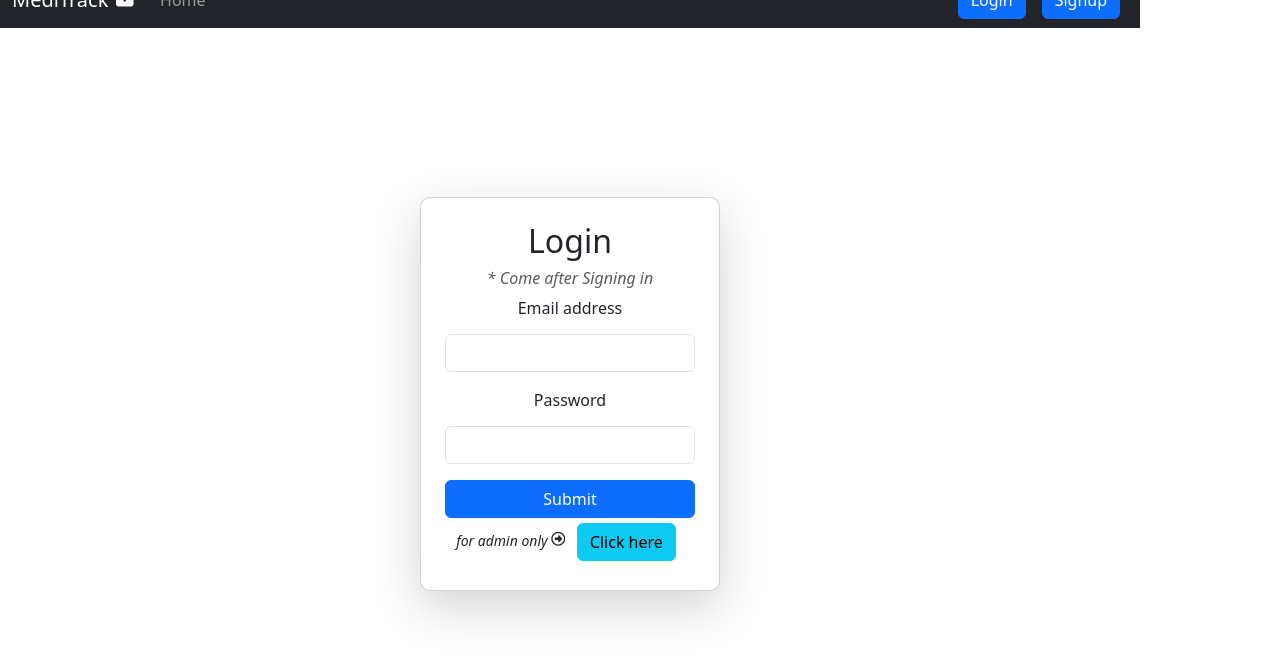
Repository: rahul-chakradhari/PillWise
Page: /login (app in frontend/)
An editor plug-in stored every save of this project. The page is shown before and after a run of saves, followed by the edit.
The browser window is 1280 px wide. The pictures show the whole page.
The project was rebuilt for these pictures with package versions that can differ from the ones it lists, and the page was loaded fresh each time. Also part of the build but not shown: frontend/vite.config.js, frontend/src/components/Home.jsx, frontend/src/components/History.jsx, frontend/src/components/Remainder.jsx, frontend/src/components/Doctors.jsx, frontend/src/components/Healthy.jsx, frontend/src/components/Prescription.jsx, frontend/src/components/Signup.jsx and 1 more.

Above is the page before, as saved 2025-03-10 16:06:23.

### frontend/index.html
<!DOCTYPE html>
<html lang="en">
  <head>
    <meta charset="UTF-8" />
    <link rel="icon" type="image/svg+xml" href="/icon.webp" />
    <meta name="viewport" content="width=device-width, initial-scale=1.0" />
    <link
      href="https://cdn.jsdelivr.net/npm/bootstrap@5.3.3/dist/css/bootstrap.min.css"
      rel="stylesheet"
      integrity="sha384-QWTKZyjpPEjISv5WaRU9OFeRpok6YctnYmDr5pNlyT2bRjXh0JMhjY6hW+ALEwIH"
      crossorigin="anonymous"
    />
    <link
      rel="stylesheet"
      href="https://cdnjs.cloudflare.com/ajax/libs/font-awesome/6.5.1/css/all.min.css"
    />

    <title>MediTrack-Smart-Medicine-Reminder-Tracker</title>
  </head>
  <body>
    <div id="root"></div>
    <script type="module" src="/src/main.jsx"></script>
    <script
      src="https://cdn.jsdelivr.net/npm/bootstrap@5.3.3/dist/js/bootstrap.bundle.min.js"
      integrity="sha384-YvpcrYf0tY3lHB60NNkmXc5s9fDVZLESaAA55NDzOxhy9GkcIdslK1eN7N6jIeHz"
      crossorigin="anonymous"
    ></script>
  </body>
</html>

### frontend/src/App.jsx
import React from "react";
import { Routes, Route, Navigate } from "react-router-dom";
import Navbar from "./components/Navbar";
import Home from "./components/Home";
import History from "./components/History";
import Remainder from "./components/Remainder";
import Doctors from "./components/Doctors";
import Healthy from "./components/Healthy";
import Prescription from "./components/Prescription";
import Login from "./components/Login";
import Signup from "./components/Signup";
import { ToastContainer } from "react-toastify";
import Admin from "./components/Admin";

const PrivateRoute = ({ children }) => {
  return localStorage.getItem("auth-token") ? (
    children
  ) : (
    <Navigate to="/login" />
  );
};

function App() {
  return (
    <div className="app">
      <Navbar />
      <Routes>
        <Route path="/" element={<Home />} />
        <Route path="/login" element={<Login />} />
        <Route path="/signup" element={<Signup />} />
        <Route path="/admin" element={<Admin />} />

        {/* Protected Routes */}
        <Route
          path="/history"
          element={
            <PrivateRoute>
              <History />
            </PrivateRoute>
          }
        />
        <Route
          path="/remainder"
          element={
            <PrivateRoute>
              <Remainder />
            </PrivateRoute>
          }
        />
        <Route
          path="/doctors"
          element={
            <PrivateRoute>
              <Doctors />
            </PrivateRoute>
          }
        />
        <Route
          path="/healthy"
          element={
            <PrivateRoute>
              <Healthy />
            </PrivateRoute>
          }
        />
        <Route
          path="/prescription"
          element={
            <PrivateRoute>
              <Prescription />
            </PrivateRoute>
          }
        />
      </Routes>
      <ToastContainer />
    </div>
  );
}

export default App;

### frontend/src/components/Navbar.jsx
import React, { useEffect, useState } from "react";
import { Link, useNavigate } from "react-router-dom";

const Navbar = () => {
  const navigate = useNavigate();
  const [isLoggedIn, setIsLoggedIn] = useState(
    !!localStorage.getItem("auth-token")
  );

  // Jab bhi auth-token change ho, UI update ho
  useEffect(() => {
    const handleStorageChange = () => {
      setIsLoggedIn(!!localStorage.getItem("auth-token"));
    };

    window.addEventListener("storage", handleStorageChange);
    return () => window.removeEventListener("storage", handleStorageChange);
  }, []);

  // Logout Function
  const handleLogout = () => {
    localStorage.removeItem("auth-token");
    setIsLoggedIn(false);
    navigate("/login");
  };

  return (
    <nav className="navbar navbar-expand-lg navbar-dark bg-dark">
      <div className="container-fluid">
        <Link className="navbar-brand" to="/">
          MediTrack <i className="fa-solid fa-house-medical"></i>
        </Link>
        <button
          className="navbar-toggler"
          type="button"
          data-bs-toggle="collapse"
          data-bs-target="#navbarSupportedContent"
        >
          <span className="navbar-toggler-icon"></span>
        </button>
        <div className="collapse navbar-collapse" id="navbarSupportedContent">
          <ul className="navbar-nav me-auto mb-2 mb-lg-0">
            <li className="nav-item">
              <Link className="nav-link" to="/">
                Home
              </Link>
            </li>

            {/* Protected Routes */}
            {isLoggedIn && (
              <>
                <li className="nav-item">
                  <Link className="nav-link" to="/doctors">
                    Doctors
                  </Link>
                </li>
                <li className="nav-item">
                  <Link className="nav-link" to="/remainder">
                    Remainder
                  </Link>
                </li>
                <li className="nav-item">
                  <Link className="nav-link" to="/history">
                    History & Analytics
                  </Link>
                </li>
                <li className="nav-item">
                  <Link className="nav-link" to="/healthy">
                    Healthy Lifestyle
                  </Link>
                </li>
                <li className="nav-item">
                  <Link className="nav-link" to="/prescription">
                    Prescription
                  </Link>
                </li>
              </>
            )}
          </ul>

          {/* Login / Logout Buttons */}
          {!isLoggedIn ? (
            <>
              <Link className="btn btn-primary mx-2" to="/login">
                Login
              </Link>
              <Link className="btn btn-primary mx-2" to="/signup">
                Signup
              </Link>
            </>
          ) : (
            <button className="btn btn-danger mx-2" onClick={handleLogout}>
              Logout
            </button>
          )}
        </div>
      </div>
    </nav>
  );
};

export default Navbar;

### frontend/src/components/Login.jsx
import React, { useState } from "react";
import { toast } from "react-toastify";
import axiosInstance from "../utils/axiosInstant";
import { useNavigate } from "react-router-dom";
import { Link } from "react-router-dom";
const Login = () => {
  const [email, setEmail] = useState("");
  const [password, setPassword] = useState("");
  const navigate = useNavigate();

  const handleSubmit = async (e) => {
    e.preventDefault();
    try {
      const response = await axiosInstance.post("/api/user/login", {
        email,
        password,
      });
      if (response.data.success) {
        toast.success(response.data?.message);
        localStorage.setItem("auth-token", response.data.token); // Token Store
        window.dispatchEvent(new Event("storage")); // Navbar Update
        setTimeout(() => {
          navigate("/");
        }, 2000);
      }
    } catch (error) {
      toast.error(error.response?.data?.message || "Login failed");
    }
  };

  return (
    <div className="container d-flex justify-content-center align-items-center vh-100">
      <div className="card p-4 shadow-lg" style={{ width: "400px" }}>
        <form onSubmit={handleSubmit}>
          <h2 className="text-center">Login</h2>
          <h6 className="text-center text-muted">
            <i>* Come after Signing in</i>
            <br />
          </h6>
          <div className="mb-3">
            <label htmlFor="exampleInputEmail1" className="form-label">
              Email address
            </label>
            <input
              type="email"
              className="form-control"
              id="exampleInputEmail1"
              value={email}
              onChange={(e) => setEmail(e.target.value)}
              required
            />
          </div>
          <div className="mb-3">
            <label htmlFor="exampleInputPassword1" className="form-label">
              Password
            </label>
            <input
              type="password"
              className="form-control"
              id="exampleInputPassword1"
              value={password}
              onChange={(e) => setPassword(e.target.value)}
              required
            />
          </div>
          <button type="submit" className="btn btn-primary w-100">
            Submit
          </button>
        </form>
        <div className="admin">
          <i>
            for admin only <i className="fa-regular fa-circle-right"></i>{" "}
          </i>

          <Link className="btn btn-info mx-2" to="/admin">
            Click here
          </Link>
        </div>
      </div>
    </div>
  );
};

export default Login;

### frontend/src/components/styles.css
* {
  margin: 0;
  padding: 0;
  box-sizing: border-box;
  overflow-x: hidden; /* Horizontal scroll remove */
}

/* Jo bhi element overflow karega, uski scrollbar hide ho jayegi */
::-webkit-scrollbar {
  display: none; /* Chrome, Safari */
}
body,
html {
  width: 100%;
  height: 100%;
}
body {
  overflow-y: scroll; /* Scroll allow karega */
  scrollbar-width: none; /* Firefox ke liye */
  -ms-overflow-style: none; /* IE aur Edge ke liye */
}

body::-webkit-scrollbar {
  display: none; /* Chrome, Safari ke liye */
}

.container {
  display: flex;
  align-items: center;
  justify-content: space-between;
  padding: 20px;
  width: 100vw;
  height: 100vh;
  overflow-y: scroll;
  scrollbar-width: none; /* Firefox ke liye */
  -ms-overflow-style: none;
}
.container::-webkit-scrollbar {
  display: none;
}

/* CSS */
.button-64 {
  align-items: center;
  background-image: linear-gradient(144deg, #af40ff, #5b42f3 50%, #00ddeb);
  border: 0;
  border-radius: 8px;
  box-shadow: rgba(151, 65, 252, 0.2) 0 15px 30px -5px;
  box-sizing: border-box;
  color: #ffffff;
  display: flex;
  font-family: Phantomsans, sans-serif;
  font-size: 20px;
  justify-content: center;
  line-height: 1em;
  max-width: 100%;
  min-width: 140px;
  padding: 3px;
  text-decoration: none;
  user-select: none;
  -webkit-user-select: none;
  touch-action: manipulation;
  white-space: nowrap;
  cursor: pointer;
}

.button-64:active,
.button-64:hover {
  outline: 0;
}

.button-64 span {
  background-color: rgb(5, 6, 45);
  padding: 16px 24px;
  border-radius: 6px;
  width: 100%;
  height: 100%;
  transition: 300ms;
}

.button-64:hover span {
  background: none;
}

@media (min-width: 768px) {
  .button-64 {
    font-size: 24px;
    min-width: 196px;
  }
}

.button-92 {
  --c: #fff;

  background: linear-gradient(90deg, #0000 33%, #fff5, #0000 67%)
      var(--_p, 100%) / 300% no-repeat,
    #004dff;

  color: #0000;
  border: none;
  transform: perspective(500px) rotateY(calc(20deg * var(--_i, -1)));
  text-shadow: calc(var(--_i, -1) * 0.08em) -0.01em 0 var(--c),
    calc(var(--_i, -1) * -0.08em) 0.01em 2px #0004;
  outline-offset: 0.1em;
  transition: 0.3s;
}

.button-92:hover,
.button-92:focus-visible {
  --_p: 0%;
  --_i: 1;
}

.button-92:active {
  text-shadow: none;
  color: var(--c);
  box-shadow: inset 0 0 9e9Q #0005;
  transition: 0s;
}

.button-92 {
  max-width: 270px;
  min-width: 160px;
  font-weight: bold;
  font-size: -2rem;
  margin: 0;
  cursor: pointer;
  padding: 0.1em 0.3em;
}
.title {
  margin-left: 182px;
  font-family: "Poppins", sans-serif;
  font-weight: bold;
  margin-bottom: 75px;
}
.subtexts {
  font-family: Cambria, Cochin, Georgia, Times, "Times New Roman", serif;
}
.texts {
  font-size: 18px;
  gap: 12px;
  margin-top: 19px;
}
.image {
  flex: 1;
  display: flex;
  width: 399.99px;
  height: 640.01px;
  justify-content: flex-end;
  max-width: 50%;
  overflow: hidden;
  max-width: 100%; /* Image container ko responsive banane ke liye */
  max-height: 100vh;
}

.text {
  flex: 1; /* Text ka section */
  text-align: left; /* Ensure left alignment */
  font-size: 24px;
  font-weight: bold;
}

.animation-style {
  width: 700px; /* Adjust as needed */
  height: 700px; /* Maximum width of animation */
  flex: 1;
  margin-bottom: 122px;
}
/* Doctors Section */
.doctors-container {
  background-color: rgb(59 130 246);
  display: flex;
  justify-content: center;
  align-items: center;
  height: 100vh;
  padding: 20px;
}

.doctors-content {
  display: flex;
  flex-direction: row; /* Left-Right Layout */
  max-width: 1200px;
  width: 100%;
  background: white;
  border-radius: 20px;
  overflow: hidden;
  box-shadow: 0px 4px 10px rgba(0, 0, 0, 0.2);
}

.doctors-image {
  flex: 1;
  display: flex;
  justify-content: center;
  align-items: center;
  padding: 20px;
}

.doctors-text {
  display: flex;
  flex-direction: column;
  flex: 1;
  padding: 40px;
  text-align: left;
  margin-top: 190px;
  margin-left: 54px;
}

.doctors-text .title {
  font-size: 32px;
  font-weight: bold;
  color: #333;
  margin-bottom: 20px;
}

.doctors-text .texts {
  font-size: 18px;
  color: #555;
}

.doctors-text .subtexts {
  font-size: 16px;
  color: #666;
  margin-left: 10px;
}

/* Rewards Section - 3 Cards in 1 Row */
.rewards-container {
  text-align: center;
  padding: 40px;
}

.rewards-grid {
  display: grid;
  grid-template-columns: repeat(3, 1fr); /* 3 cards per row */
  gap: 20px;
  justify-content: center;
  padding: 20px;
}

.card {
  margin-top: 12px !important;
  width: 100%;
  max-width: 300px;
  background: white;
  border-radius: 10px;
  box-shadow: 0px 4px 10px rgba(0, 0, 0, 0.1);
  padding: 15px;
  text-align: center;
}

.card img {
  width: 100%;
  height: auto;
  border-radius: 10px;
}

.title {
  font-size: 32px;
  font-weight: bold;
  color: #333;
  margin-bottom: 20px;
  margin-left: 12px;
}

.texts {
  font-size: 18px;
  color: #555;
}

.subtexts {
  font-size: 16px;
  color: #666;
  margin-left: 10px;
}
.doctors-text .texts {
  font-size: 18px;
  color: #555; /* Text ka color */
}

.doctors-text .subtexts {
  font-size: 16px;
  color: #666; /* Subtext ka color */
  margin-left: 10px;
}
.speci {
  margin-top: 12px;
  margin-left: 582px;
}
.stylish {
  display: flex;
  margin-left: 112px;
  gap: 92px;
  margin-top: 12px;
}
.login,
.signup {
  margin-left: 22px;
  margin-top: 12px;
}
.admin {
  padding: 5px 10px;
  font-size: 14px;
}

### frontend/src/utils/axiosInstant.js
import axios from "axios";

const axiosInstance = axios.create({
  baseURL: "http://localhost:8080",
  headers: {
    "Content-Type": "application/json",
  },
  credentials: "include",
  withCredentials: true,
});

export default axiosInstance;

Loaded but not shown: frontend/src/main.jsx (common file); frontend/src/index.css (common file)

After the next 2 saves:
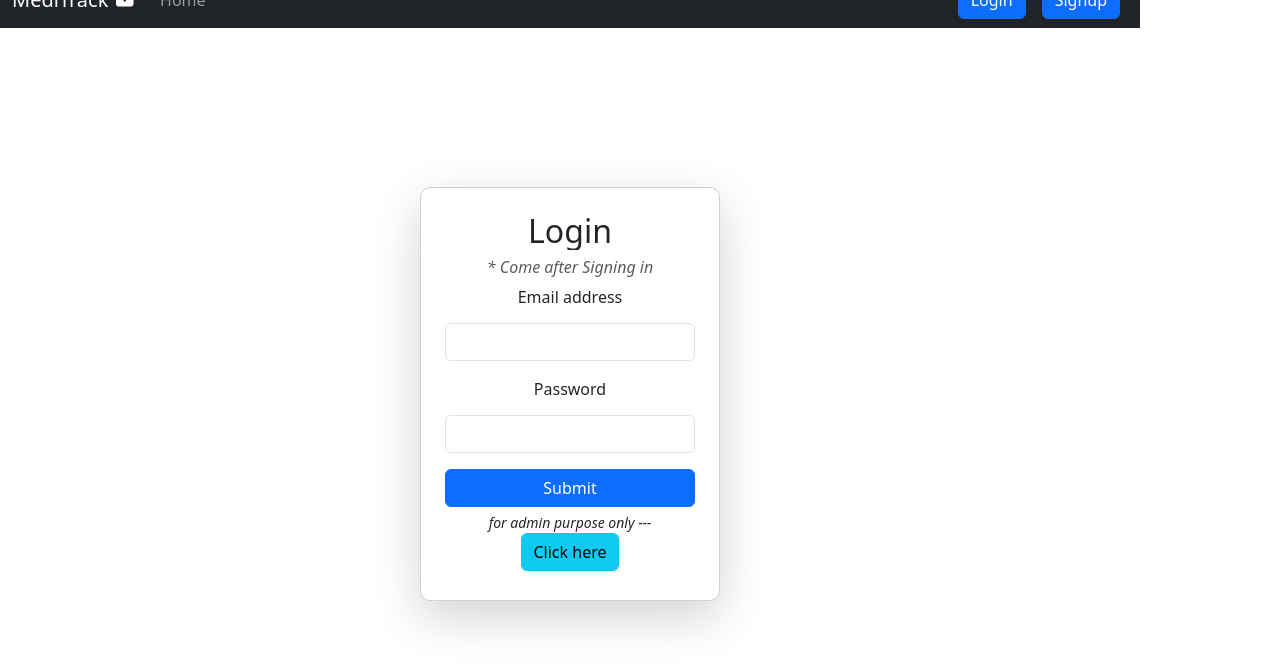
The 2 saves are shown as one change because 1 did not build or start.
The last was saved 37 s later.
--- a/frontend/src/components/Login.jsx
+++ b/frontend/src/components/Login.jsx
@@ -68,9 +68,7 @@ const Login = () => {
           </button>
         </form>
         <div className="admin">
-          <i>
-            for admin only <i className="fa-regular fa-circle-right"></i>{" "}
-          </i>
+          <i>for admin purpose only ---</i>
 
           <Link className="btn btn-info mx-2" to="/admin">
             Click here
